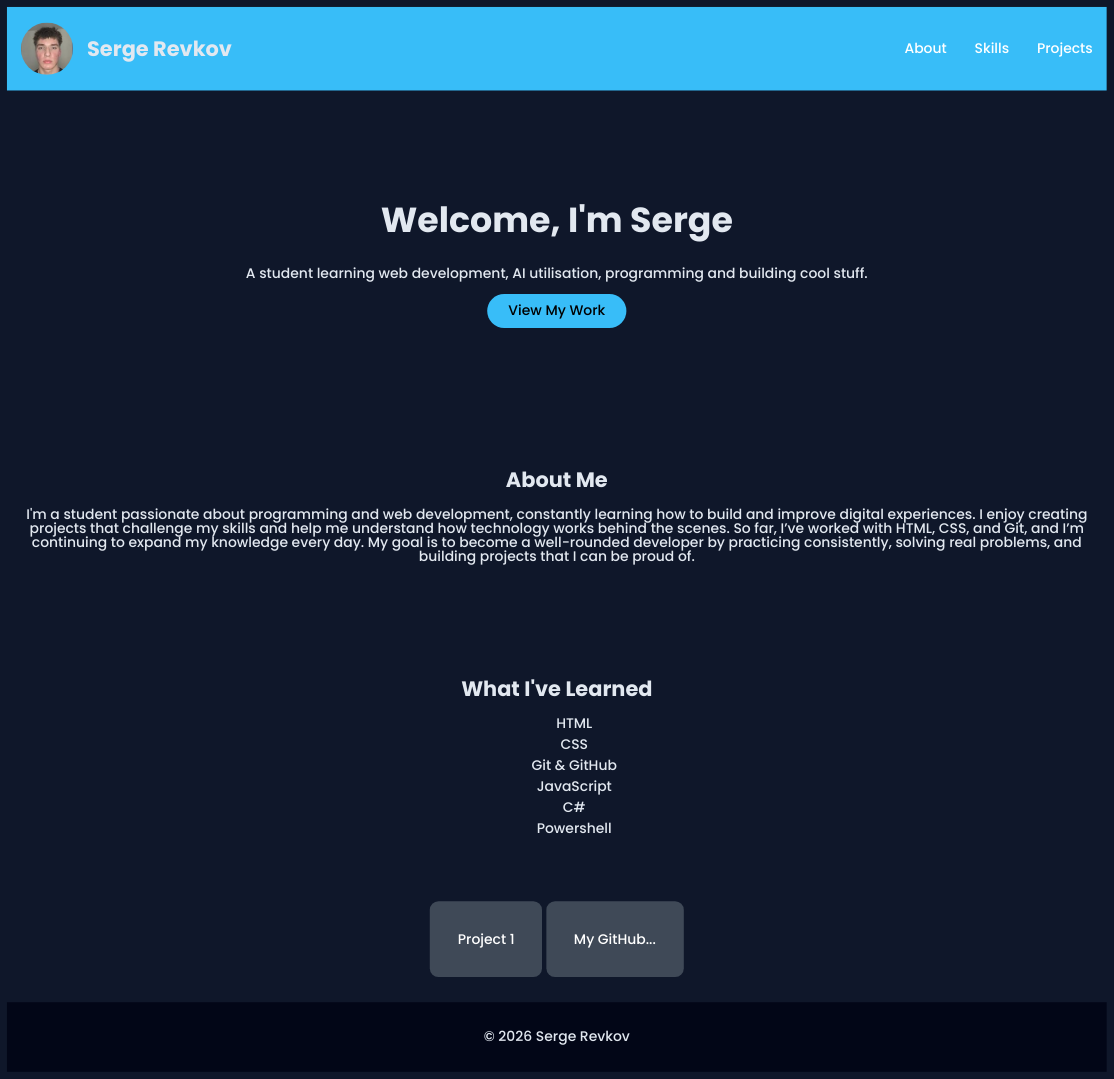
Repository: sergerevkov/Serge_Revkov
Page: index.html
These files come from the project's save history. The page is drawn as it stood at one moment and after the next save; the edit follows.
The browser window is 1280 px wide. The pictures show the whole page, at 87% of full size.

Above is the page before, as saved 2026-05-05 22:33:15.

After the next save:
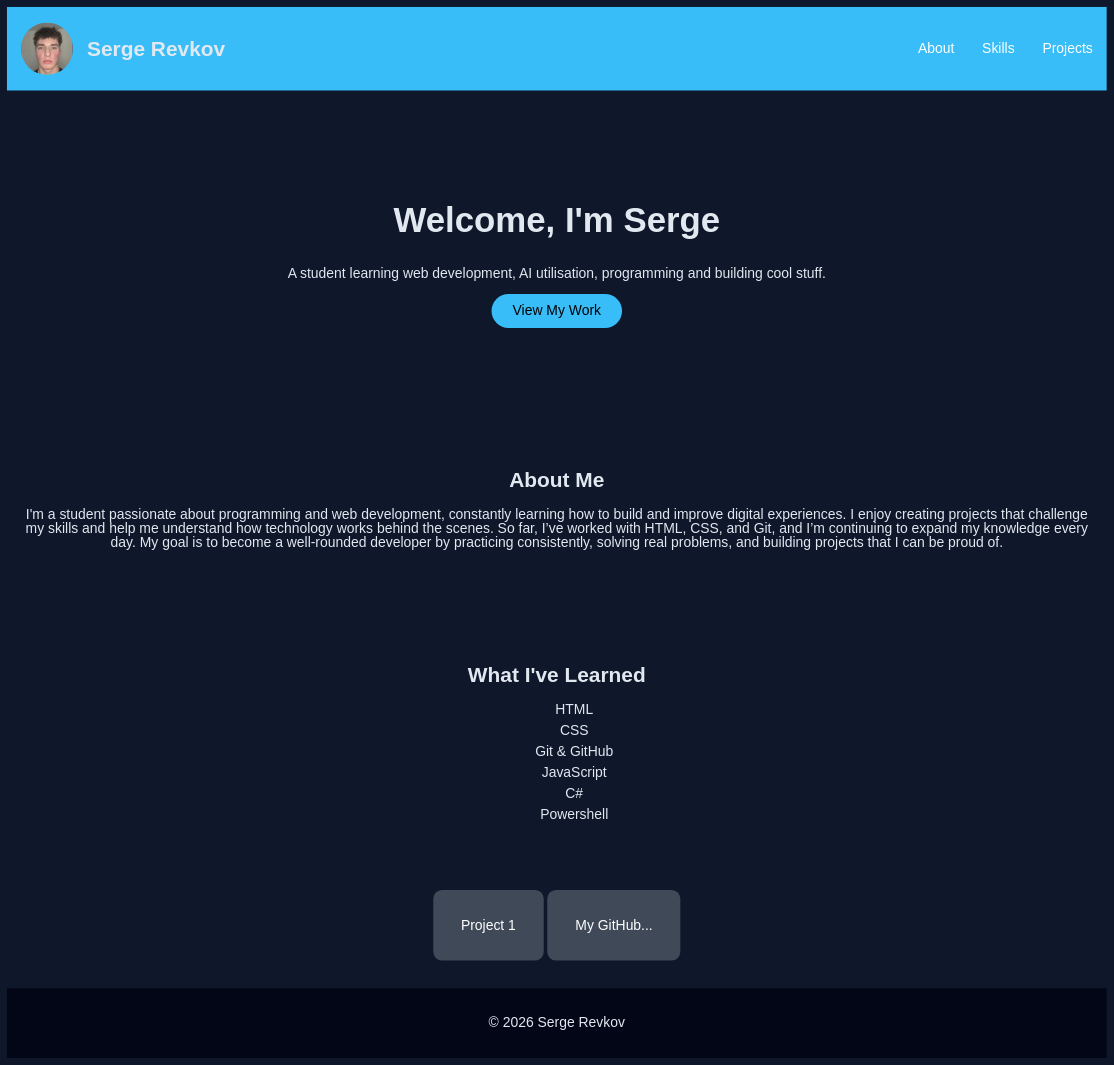
Saved 17 s later.
--- a/index.html
+++ b/index.html
@@ -4,10 +4,6 @@
     <meta charset="UTF-8" />
     <meta name="viewport" content="width=device-width, initial-scale=1.0" />
     <title>Serge's Portfolio</title>
-    <link
-      href="https://fonts.googleapis.com/css2?family=Poppins:wght@300;500;700&display=swap"
-      rel="stylesheet"
-    />
     <link rel="stylesheet" href="styles/globals.css" />
     <link rel="stylesheet" href="styles/index.css" />
   </head>
